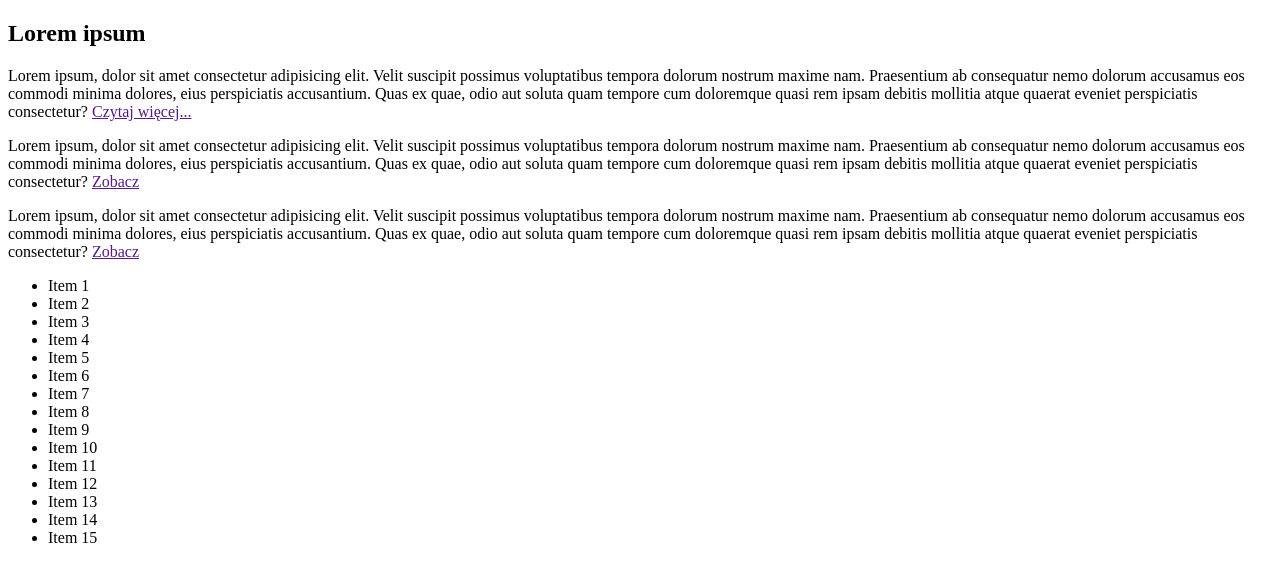
Repository: magdaf41/jQuery
Page: zadanie 3/index.html
The author's editor kept a copy of each file at every save. The page is drawn from the files as they stood at one save, then again after the next save.
The browser window is 1280 px wide. The pictures show the whole page.

Above is the page before, as saved 2020-09-08 21:56:22.

After the next save:
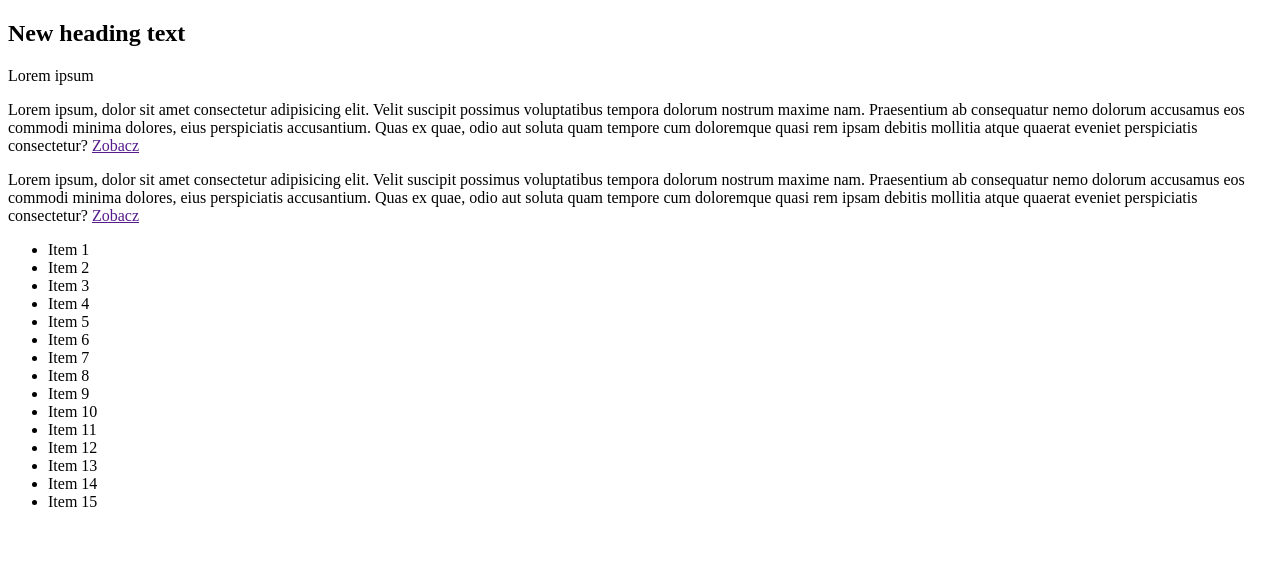
Saved 46 s later.
--- a/zadanie 3/js/main.js
+++ b/zadanie 3/js/main.js
@@ -8,5 +8,5 @@ $(document).ready(function () {
 
     $('h2').text('New heading text');
 
-    $('h2').html('Lorem <span>ipsum</span>');
+    $('p').eq(0).html('Lorem <span>ipsum</span>');
 });
